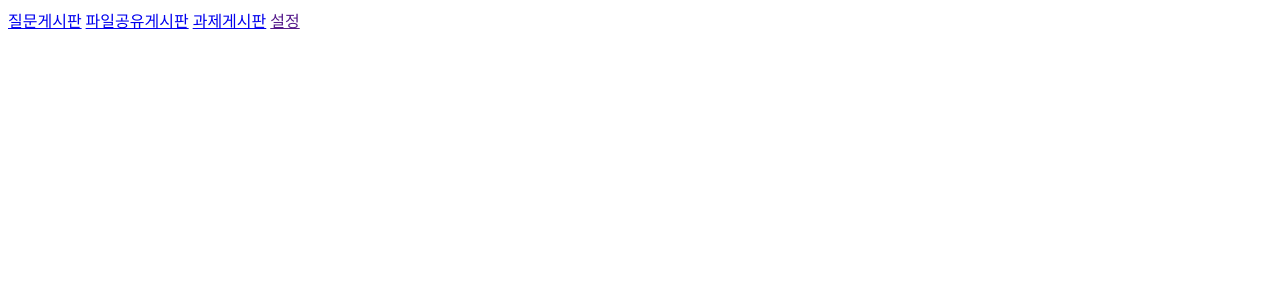
Repository: kalmia26/Capstone
Page: http://localhost/LectureSystem/Meun.jsp
These files come from the project's save history. The page is drawn as it stood at one moment and after the next save; the edit follows.
The browser window is 1280 px wide. The pictures show the whole page.
The page is served by Tomcat 9.

Above is the page before, as saved 2017-04-12 03:27:38.

After the next save:
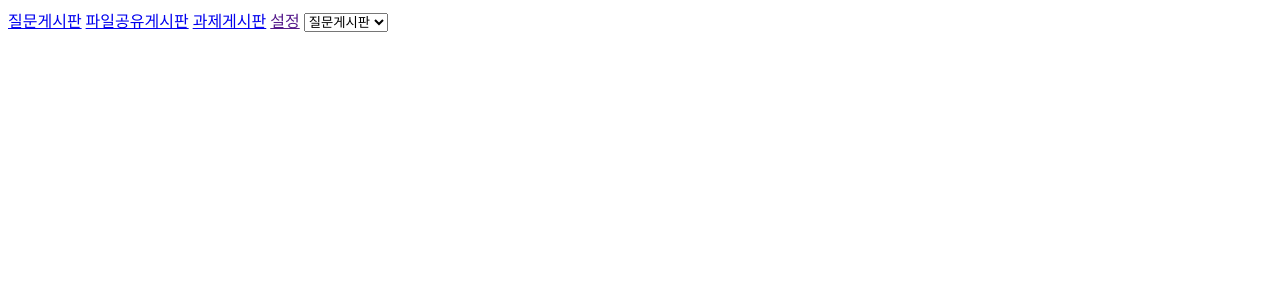
Saved 3 min 28 s later.
--- a/LectureSystem/WebContent/Meun.jsp
+++ b/LectureSystem/WebContent/Meun.jsp
@@ -12,6 +12,13 @@
 			<a href="List2.jsp" id='b' target="left"><span>파일공유게시판</span></a>
 			<a href="List3.jsp" id='c' target="left"><span>과제게시판</span></a>
 			<a href="" id='d'><span>설정</span></a>
+
+		<select name="select">
+          <option><a href="List1.jsp" id='a' target="left"><span>질문게시판</span></a></option>
+          <option></option>
+          <option>직장인</option>
+          <option>백수</option>
+      </select>
 	</div>
 </body>
 </html>
